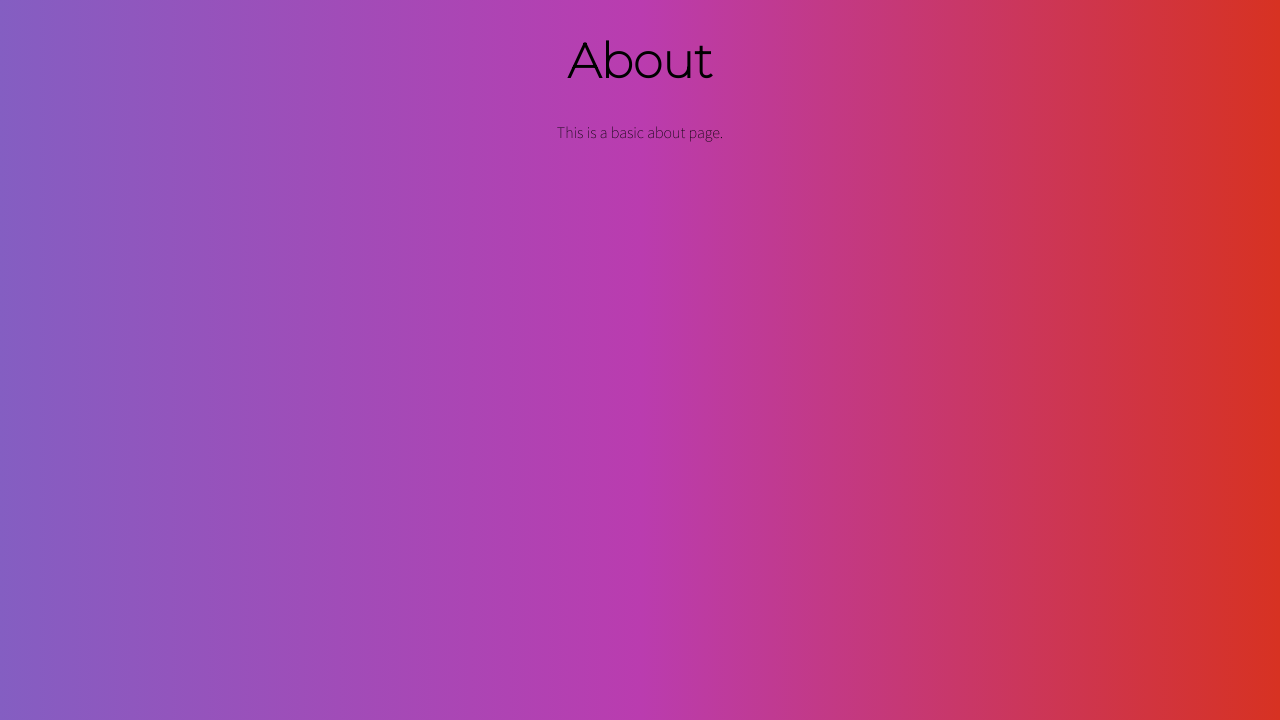
Repository: thecptwaffles/portfolio
Page: about.html
These files come from the project's save history. The page is drawn as it stood at one moment and after the next save; the edit follows.
The browser window is 1280 px wide. The pictures show the whole page.

Above is the page before, as saved 2022-05-06 21:18:40.

### about.html
<!DOCTYPE html>
<html lang="en">

<head>
    <meta charset="UTF-8">
    <meta http-equiv="X-UA-Compatible" content="IE=edge">
    <meta name="viewport" content="width=device-width, initial-scale=1.0">
    <title>Document</title>
    <link rel="stylesheet" href="style.css">
</head>

<body>
    <!--make a basic about page-->
    <div class="about-container">
        <h1>About</h1>
        <p>
            This is a basic about page.
        </p>
    </div>
</body>

</html>

### style.css
@import url('https://fonts.googleapis.com/css2?family=Montserrat:wght@100&family=Source+Sans+Pro:wght@200&display=swap');

:root {
    --prim-clr: #845ec2;
    --sec-clr: #ba3caf;
    --accent-clr: #d73222;
    --bg-clr: #cf1e0d;
    --prim-font: 'Montserrat', sans-serif;
    --sec-font: 'Source Sans Pro', sans-serif;
    --gradient-percent: 0%;
}




body {
    position: relative;
    text-align: center;
    background: linear-gradient(90deg, var(--prim-clr), var(--sec-clr), var(--accent-clr));
    color: black;
}




h1 {
    font-family: var(--prim-font);
    text-align: center;
    font-size: 3rem;
}

p {
    font-family: var(--sec-font);
    text-align: center;
}

/* style the nav-container class and the links in them so it acts like a drop down menu*/
.nav-container {
    position: relative;
    text-align: center;
}

.nav-container a {
    font-family: var(--prim-font);
    text-align: center;
    padding: 0.25em 1em;
    background: var(--accent-clr);
    color: black;
    font-weight: 800;
    text-decoration: none;
    border-radius: 0.25em;
    transition: all 0.25s ease-in-out;
    border: 1px solid transparent;
    -webkit-border-radius: 0.25em;
    -moz-border-radius: 0.25em;
    -ms-border-radius: 0.25em;
    -o-border-radius: 0.25em;
    -webkit-transition: all 0.25s ease-in-out;
    -moz-transition: all 0.25s ease-in-out;
    -ms-transition: all 0.25s ease-in-out;
    -o-transition: all 0.25s ease-in-out;
    font-size: 1.3rem;
}

.nav-container a:hover {
    background: var(--bg-clr);
    color: black;
    border: 3px solid black;
}

After the next save:
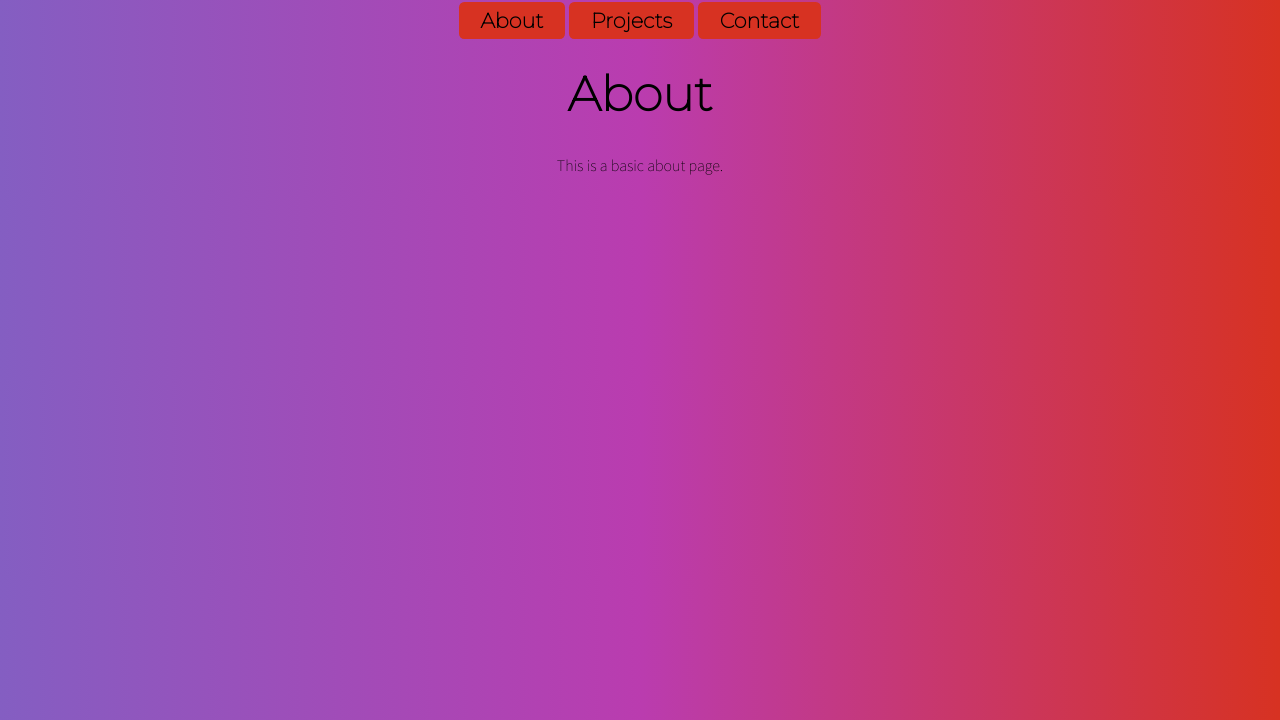
Saved 67 s later.
--- a/about.html
+++ b/about.html
@@ -10,6 +10,15 @@
 </head>
 
 <body>
+    <nav>
+        <div class="nav-container">
+            <div class="nav-links">
+                <a href="about.html">About</a>
+                <a href="projects.html">Projects</a>
+                <a href="contact.html">Contact</a>
+            </div>
+        </div>
+    </nav>
     <!--make a basic about page-->
     <div class="about-container">
         <h1>About</h1>
